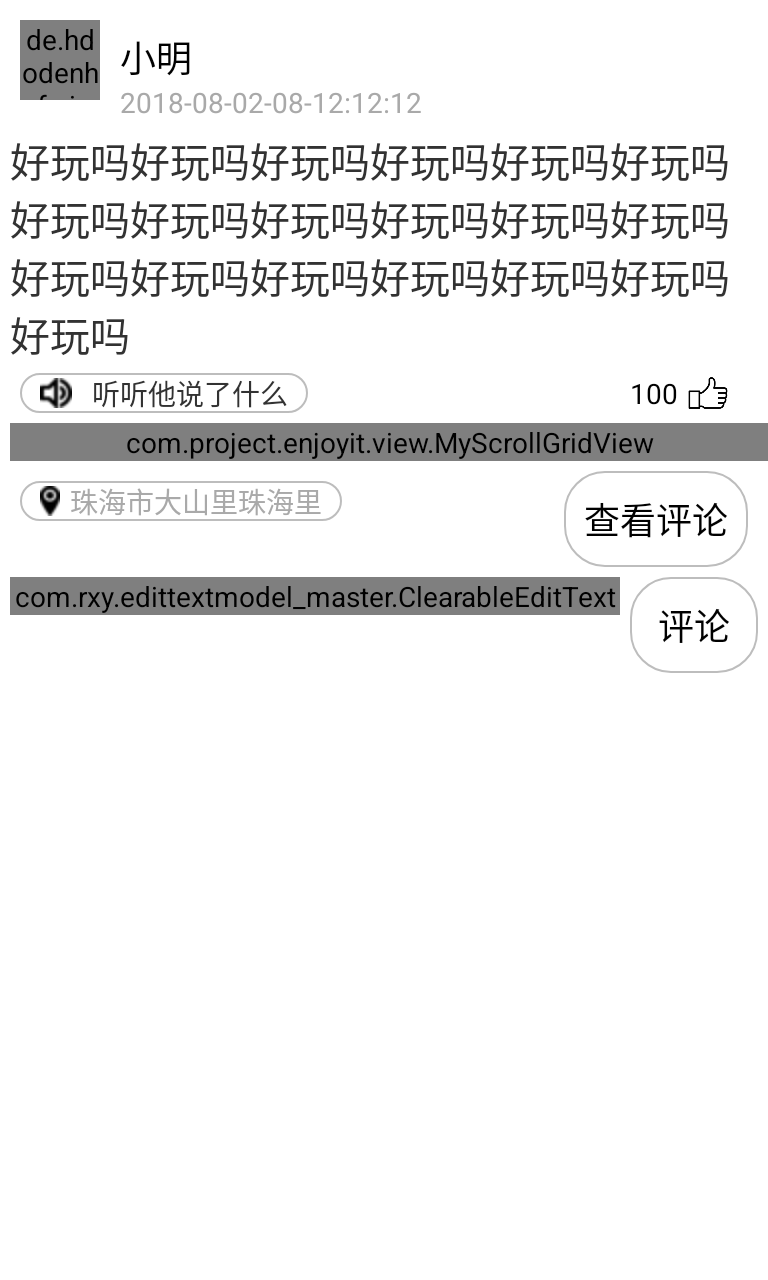
Repository: fatio/Nower
Layout: Android_Client_Source/EnjoyIt/res/layout/shows_list_item.xml
The author's editor kept a copy of each file at every save. The layout is drawn from the files as they stood at one save, then again after the next save.
Pictures or frames that could not be fetched are drawn as grey boxes. It is drawn on a 768 x 1280 px phone screen (xhdpi) without system bars, with theme AppTheme; the app's code is not run.

Above is the layout before, as saved 2015-12-27 08:40:03.

After the next save:
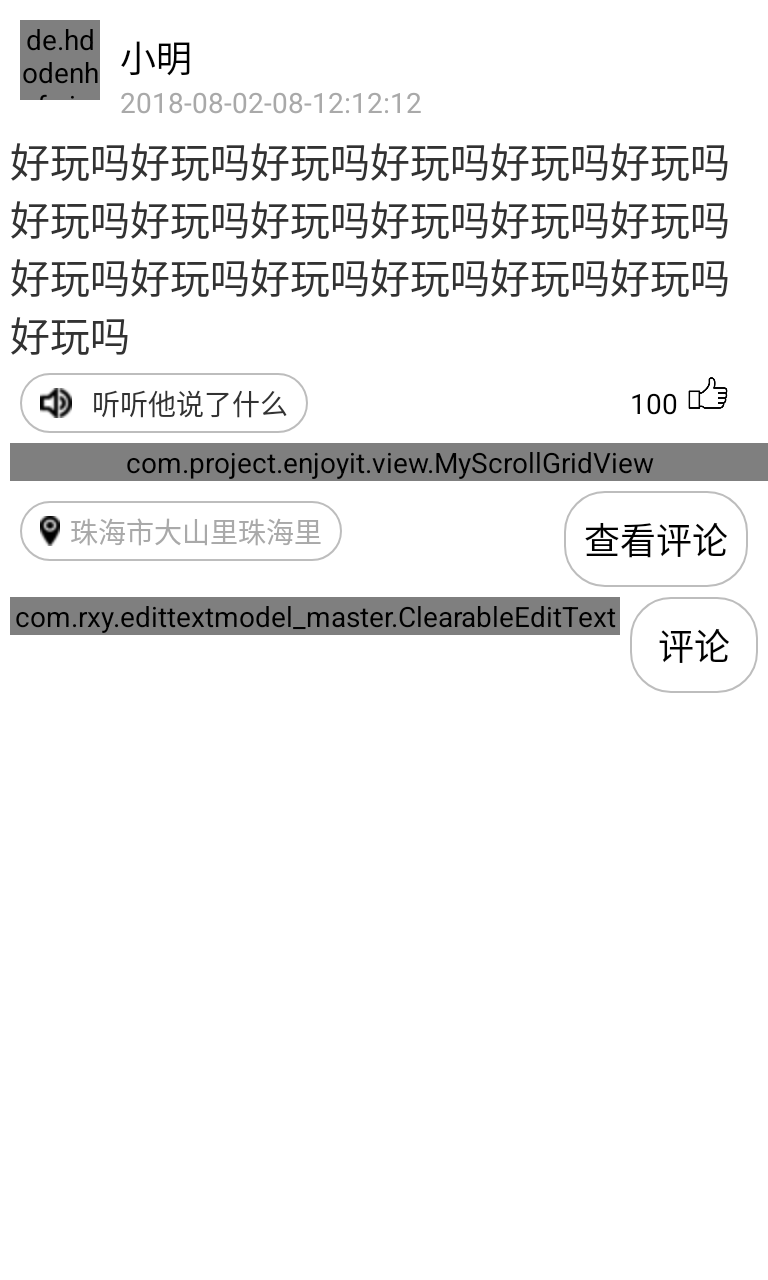
Saved 24 min 30 s later.
--- a/Android_Client_Source/EnjoyIt/res/layout/shows_list_item.xml
+++ b/Android_Client_Source/EnjoyIt/res/layout/shows_list_item.xml
@@ -80,6 +80,8 @@
             android:drawablePadding="10dp"
              android:paddingLeft="10dp"
             android:paddingRight="10dp"
+            android:paddingTop="5dp"
+            android:paddingBottom="5dp"
             android:clickable="true"
             android:focusable="true"
             android:textIsSelectable="true"
@@ -136,6 +138,8 @@
             android:drawablePadding="5dp"
             android:ellipsize="marquee"
             android:singleLine="true"
+            android:paddingTop="5dp"
+            android:paddingBottom="5dp"
             android:text="珠海市大山里珠海里"
              android:paddingLeft="10dp"
             android:paddingRight="10dp"
